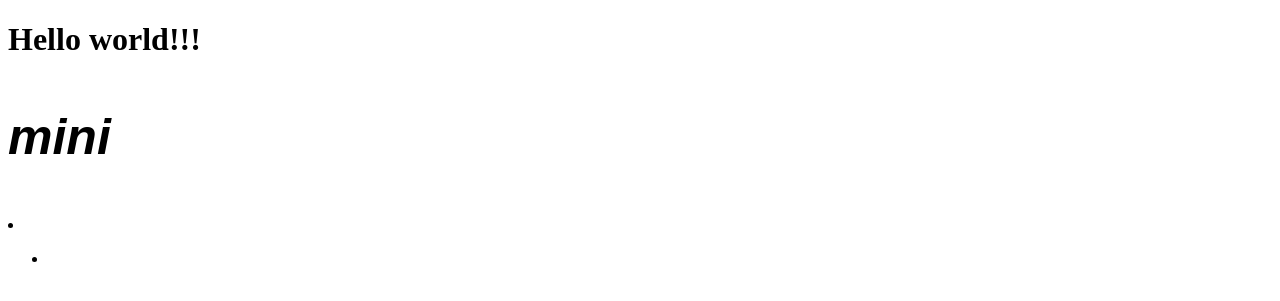
Repository: shionosatoshi/kadai12
Page: html/css_intro/index.html
The author's editor kept a record of every edit. The page is drawn from the files as they stood at one moment, then again after the next edit.
The browser window is 1280 px wide. The pictures show the whole page.

Above is the page before.

After the next edit:
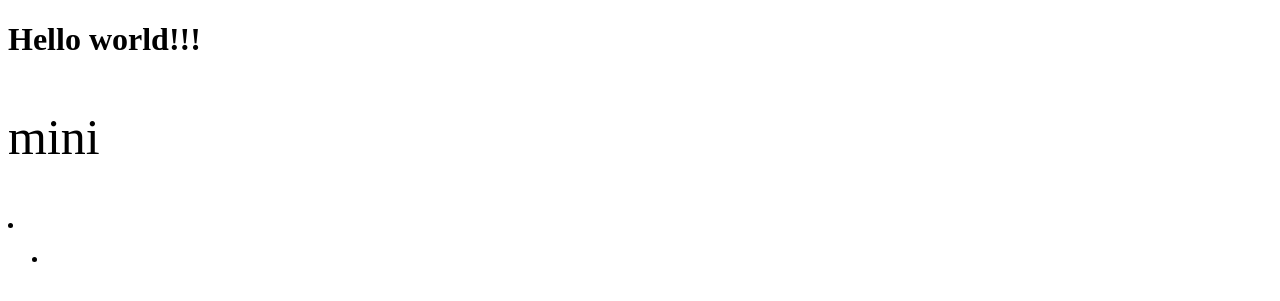
The edit:
--- a/html/css_intro/css/style.css
+++ b/html/css_intro/css/style.css
@@ -1,109 +1,11 @@
-#title {
-  color: red;
-}
-
-.description {
-  color: blue;
-}
-.box {
-  background-color: black;
-  width: 1000px;
-  height: 300px;
-}
-.box1 {
-  background-color: silver;
-  width: 300px;
-  height: 300px;
-  margin-bottom: 30px;
-}
-
-.box2 {
-  background-color: red;
-  width: 300px;
-  height: 300px;
-}
-button {
-  background-color: blue;
-  padding: 100px 300px;
-}
-button {
-  background-color: blue;
-  padding: 100px 300px;
-  border: 2px solid red;
-}
-button {
-  background-color: blue;
-  padding: 100px 300px;
-  border: 2px solid red;
-  border-radius: 30px;
-}
-p {
-  font-size: 200px;
-}
-p {
-  font-size: 200px;
-  font-weight: bold;
-}
-p {
-  font-size: 200px;
-  font-weight: bold;
-  font-style: italic;
-}
-p {
-  font-size: 200px;
-  font-weight: bold;
-  font-family: 'arial';
-}
-button {
-  background-color: blue;
-  padding: 100px 300px;
-}
-.box {
-  background-color: silver;
-  width: 300px;
-  height: 100px;
-  margin-bottom: 30px;
-}
-span {
-  display: block;
-  font-size: 30px;
-}
-.box {
-  background-color: silver;
-  width: 300px;
-  height: 100px;
-  margin-bottom: 30px;
-  position: relative;
-  top: 30px;
-  left: 40px;
-}
-.box {
-  background-color: silver;
-  width: 300px;
-  height: 300px;
-}
-
-.box2 {
-  background-color: black;
-  width: 100px;
-  height: 100px;
-  position: absolute;
-  top: 30px;
-  left: 40px;
-}
-.box1 {
-  background-color: silver;
-  width: 500px;
-  height: 300px;
-  float: left;
-}
-
-.box2 {
-  background-color: black;
-  width: 500px;
-  height: 300px;
-  float: right;
-}
 p {
   font-size: 50px;
 }
+.list {
+  width:200px;
+  float:left;
+}
+. list {
+  float: left;
+  width: 200px;
+}
